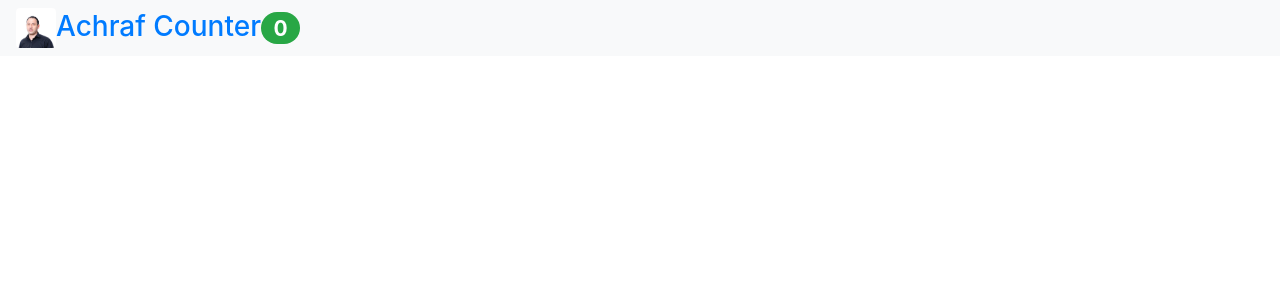
Repository: AMhadhbi/app-counter
Page: /
These files come from the project's save history. The page is drawn as it stood at one moment and after the next save; the edit follows.
The browser window is 1280 px wide. The pictures show the whole page.
The project was rebuilt for these pictures with package versions that can differ from the ones it lists, and the page was loaded fresh each time.

Above is the page before, as saved 2021-02-28 17:26:27.

After the next save:
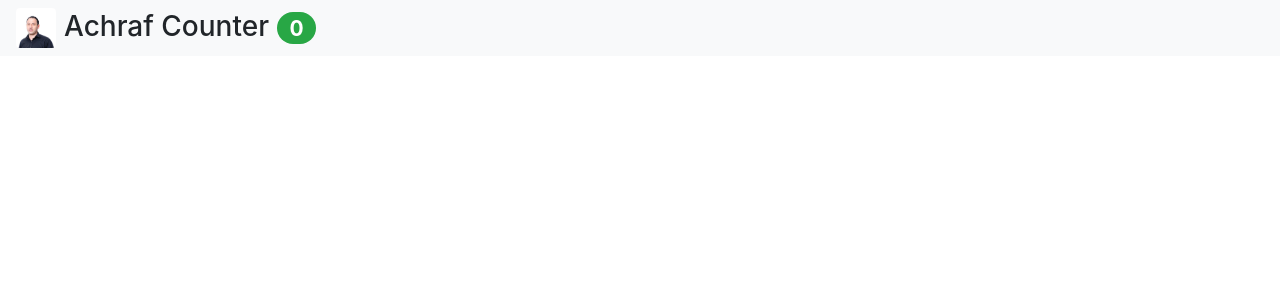
Saved 21 min 7 s later.
--- a/src/components/navbar.jsx
+++ b/src/components/navbar.jsx
@@ -2,13 +2,13 @@
 const  Navbar = () => {
     return (
     <nav className="navbar navbar-light bg-light h3">
-        <a href='#'>
-            <img className ="rounded" src='images/me.png' alt=""
+        <span>
+            <img className ="rounded mr-2" src='images/me.png' alt=""
             style={{width: "40px", height: "40px"}}
             />
             Achraf Counter
-            <span className="badge badge-pill badge-success">0</span>
-        </a>
+            <span className="badge badge-pill badge-success ml-2">0</span>
+        </span>
     </nav>
     );
 };
